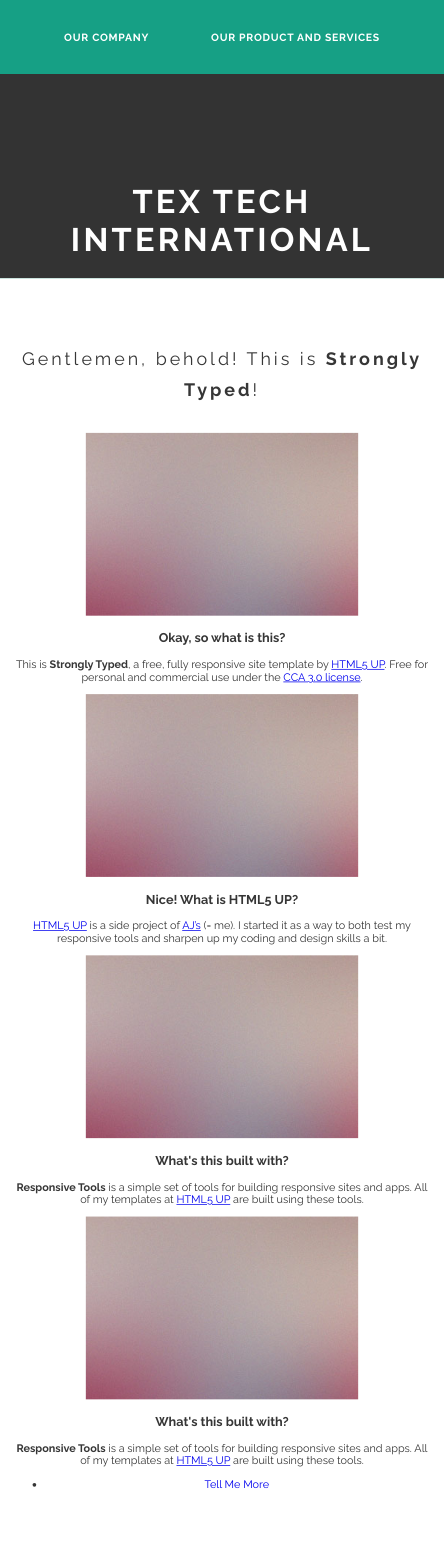
Repository: asifdotpy/demo_webpage
Page: contact_us.html
The author's editor kept a copy of each file at every save. The page is drawn from the files as they stood at one save, then again after a run of saves.
The browser window is 600 px wide. The pictures show the whole page, at 74% of full size.

Above is the page before, as saved 2021-01-26 01:06:08.

### contact_us.html
<!DOCTYPE html>
<html lang="en">
    <head>
        <meta http-equiv="Content-Type" content="text/html; charset=utf-8">
        <title>Tex Tech International</title>
        <meta name="keywords" content="">
        <meta name="description" content="">
        <link href="http://fonts.googleapis.com/css?family=Raleway:400,200,500,600,700,800,300" rel="stylesheet">
        <link href="css/contact_us.css" rel="stylesheet" type="text/css" media="all">
        <link href="fonts.css" rel="stylesheet" type="text/css" media="all">
    </head>
    <body>
        <div id="menu" class="container">
			<ul>
				<li><a href="index.html"><b>Our company</b></a></li>
				<li><a href="our_product_and_services.html"><b>Our product and services</b></a></li>
				<li><a href="career_opportunity.html"><b>Career opportunity</b></a></li>
				<li><a href="contact_us.html"><b>Contact us</b></a></li>
				<li><a href="faq.html"><b>FAQ</b></a></li>
			</ul>
        </div>
        <div id="header-wrapper">
            <div id="header" class="container">
                <div id="logo">
                    <h1><a href="#">Tex Tech International</a></h1>
                    <p>꧁ 𝗦𝗵𝗮𝗿𝗲 𝗘𝗳𝗳𝗼𝗿𝘁, 𝗘𝗮𝗿𝗻 𝗛𝗮𝗽𝗽𝗶𝗻𝗲𝘀𝘀 ꧂</p>
                </div>
            </div>
        </div>
        <section id="features">
            <div class="container">
                <header>
                    <h2>Gentlemen, behold! This is <strong>Strongly Typed</strong>!</h2>
                </header>
                <div class="row aln-center">
                    <div class="col-4 col-6-medium col-12-small">

                        <!-- Feature -->
                            <section>
                                <a href="#" class="image featured"><img src="images/pic02.jpg" alt=""></a>
                                <header>
                                    <h3>Okay, so what is this?</h3>
                                </header>
                                <p>This is <strong>Strongly Typed</strong>, a free, fully responsive site template
                                by <a href="http://html5up.net">HTML5 UP</a>. Free for personal and commercial use under the
                                <a href="http://html5up.net/license">CCA 3.0 license</a>.</p>
                            </section>

                    </div>
                    <div class="col-4 col-6-medium col-12-small">

                        <!-- Feature -->
                            <section>
                                <a href="#" class="image featured"><img src="images/pic02.jpg" alt=""></a>
                                <header>
                                    <h3>Nice! What is HTML5 UP?</h3>
                                </header>
                                <p><a href="http://html5up.net">HTML5 UP</a> is a side project of <a href="http://twitter.com/ajlkn">AJ’s</a> (= me).
                                I started it as a way to both test my responsive tools and sharpen up my coding
                                and design skills a bit.</p>
                            </section>

                    </div>
                    <div class="col-4 col-6-medium col-12-small">

                        <!-- Feature -->
                            <section>
                                <a href="#" class="image featured"><img src="images/pic02.jpg" alt=""></a>
                                <header>
                                    <h3>What's this built with?</h3>
                                </header>
                                <p><strong>Responsive Tools</strong> is a simple set of tools for building responsive
                                sites and apps. All of my templates at <a href="http://html5up.net">HTML5 UP</a> are built using these tools.</p>
                            </section>

                    </div>
                    <div class="col-4 col-6-medium col-12-small">

                        <!-- Feature -->
                            <section>
                                <a href="#" class="image featured"><img src="images/pic02.jpg" alt=""></a>
                                <header>
                                    <h3>What's this built with?</h3>
                                </header>
                                <p><strong>Responsive Tools</strong> is a simple set of tools for building responsive
                                sites and apps. All of my templates at <a href="http://html5up.net">HTML5 UP</a> are built using these tools.</p>
                            </section>

                    </div>

                    <div class="col-12">
                        <ul class="actions">
                            <li><a href="#" class="button icon solid fa-file">Tell Me More</a></li>
                        </ul>
                    </div>
                </div>
            </div>
        </section>
    </body>
</html>

### css/contact_us.css
html, body {
	height: 100%;
}

body {
	margin: 0px;
	padding: 0px;
	background: #16a085;
	font-family: 'Raleway', sans-serif;
	font-size: 11pt;
	font-weight: 400;
	color: #363636;
}





/** MENU */

#menu {
	overflow: hidden;
	height: 100px;
}

#menu ul {
	margin: 0;
	padding: 0px 0px 0px 0px;
	list-style: none;
	line-height: normal;
	text-align: center;
}

#menu li {
	display: inline-block;
	font-size: 1.2em;
}

#menu a {
	display: block;
	letter-spacing: 1px;
	padding: 0px 40px;
	text-decoration: none;
	text-align: center;
	text-transform: uppercase;
	font-size: 0.80em;
	line-height: 100px;
	border: none;
	color: #FFF;
}

#menu a:hover, #menu .current_page_item a {
	text-decoration: none;
}

#menu a:hover, .current_page_item a {
	background: #1abc9c;
}




/*********************************************************************************/
/* Wrappers                                                                      */
/*********************************************************************************/

#header-wrapper
{
	overflow: hidden;
	background: url(images/bg01.png) repeat;
	background-size: 100%;
	padding: 6em 0em 2em 0em;
	background: #333333;
}


/*********************************************************************************/
/* Header                                                                        */
/*********************************************************************************/

	#header
	{
		position: relative;
		overflow: hidden;
		text-align: center;
	}

/*********************************************************************************/
/* Logo                                                                          */
/*********************************************************************************/

	#logo
	{
		width: 500px;
		height: 100px;
		margin: 0 auto;
		padding: 2em 0em;
		text-transform: uppercase;
	}

	#logo h1
	{
		letter-spacing: 0.10em;
		font-size: 3em;
	}

	#logo p
	{
		letter-spacing: 0.10em;
		color: #FFF;
	}

	#logo a
	{
		text-decoration: none;
		color: #FFF;
	}


#features {
		position: relative;
		overflow: hidden;
		background: #fff;
		text-align: center;
		padding: 6em 0;
}

#page-wrapper > section {
    margin-bottom: 0;
}

/* Container */

.container {
	margin: 0 auto;
	max-width: 100%;
	width: 70em;
}

	@media screen and (max-width: 1680px) {

		.container {
			width: 68em;
		}

	}

	@media screen and (max-width: 1280px) {

		.container {
			width: calc(100% - 80px);
		}

	}


	@media screen and (max-width: 980px) {

		.container {
			width: calc(100% - 100px);
		}

	}

	@media screen and (max-width: 736px) {

		.container {
			width: calc(100% - 40px);
		}

	}



	h2 {
		font-size: 1.65em;
		font-weight: 400;
		letter-spacing: 4px;
		margin: 0 0 1.5em 0;
		line-height: 1.75em;
	}
	.row.aln-center {
		justify-content: center;
	}

Loaded but not shown: fonts.css (378 lines, source omitted)

After the next 2 saves:
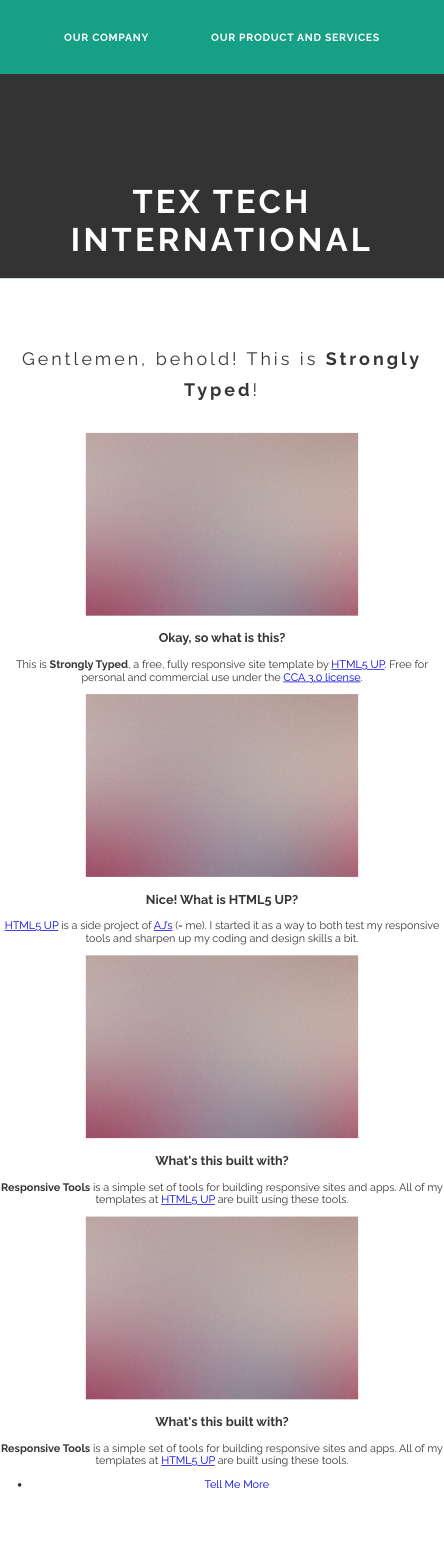
The 2 saves are shown as one change because they came seconds apart.
The last was saved 2 min 53 s later.
--- a/css/contact_us.css
+++ b/css/contact_us.css
@@ -137,40 +137,6 @@
 	width: 70em;
 }
 
-	@media screen and (max-width: 1680px) {
-
-		.container {
-			width: 68em;
-		}
-
-	}
-
-	@media screen and (max-width: 1280px) {
-
-		.container {
-			width: calc(100% - 80px);
-		}
-
-	}
-
-
-	@media screen and (max-width: 980px) {
-
-		.container {
-			width: calc(100% - 100px);
-		}
-
-	}
-
-	@media screen and (max-width: 736px) {
-
-		.container {
-			width: calc(100% - 40px);
-		}
-
-	}
-
-
 
 	h2 {
 		font-size: 1.65em;
